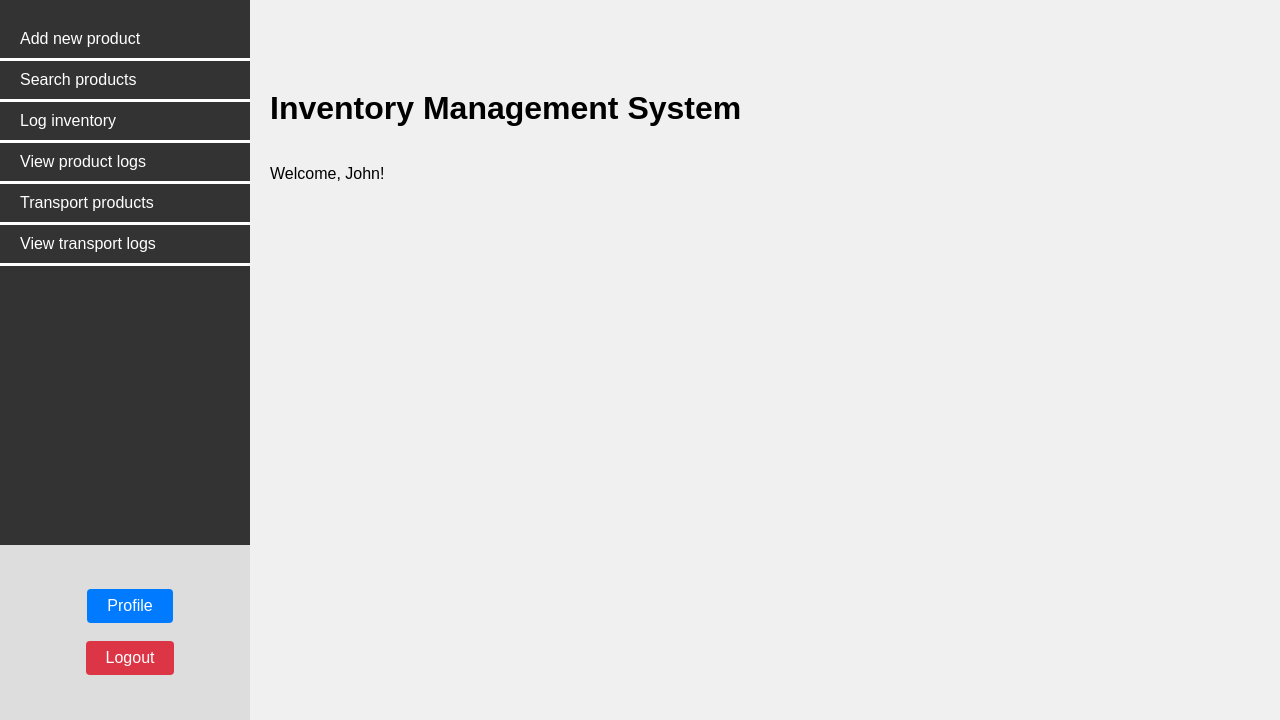
Repository: Warspinix/Flask-Web-Applications
Page: http://localhost/dashboard
These files come from the project's save history. The page is drawn as it stood at one moment and after the next save; the edit follows.
The browser window is 1280 px wide. The pictures show the whole page.
The page is served by the project's application, run on Flask 3 (app.py). The session is filled in as if someone had signed in: {"user_id": 1, "first_name": "John"}.

Above is the page before, as saved 2024-06-13 22:41:48.

After the next save:
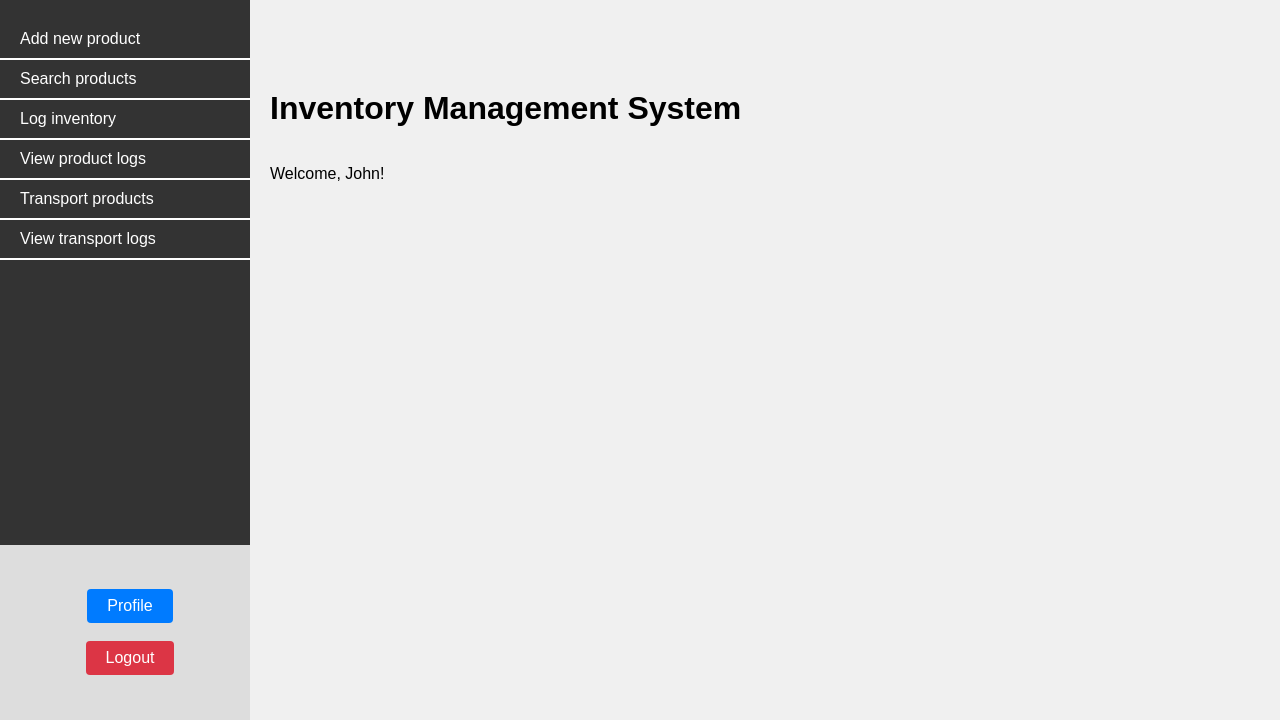
Saved 11 s later.
--- a/static/style.css
+++ b/static/style.css
@@ -67,7 +67,7 @@ h1 {
 .navbar-menu li {
     margin-right: 0;
     padding: 10px 20px;
-    border-bottom: 3px solid white;
+    border-bottom: 2px solid white;
     transition: color 0.3s ease;
 }
 
